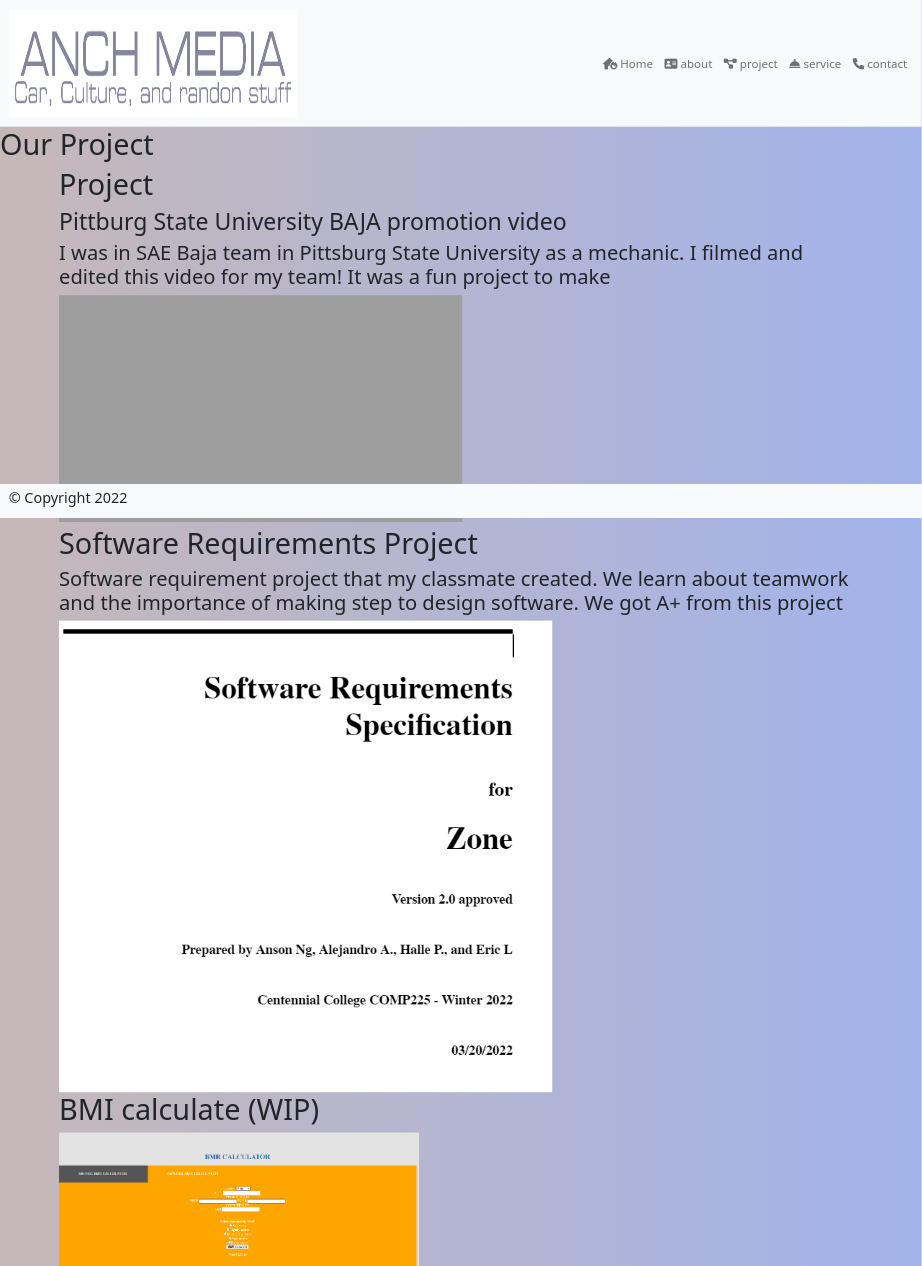
Repository: justhumanmaybe/assignment2
Page: http://localhost/project
The author's editor kept a copy of each file at every save. The page is drawn from the files as they stood at one save, then again after the next save.
The browser window is 1280 px wide. The pictures show the whole page, at 72% of full size.
Pictures or frames that could not be fetched are drawn as grey boxes. The page is served by the project's Node server (server.js).

Above is the page before, as saved 2022-06-20 01:37:28.

After the next save:
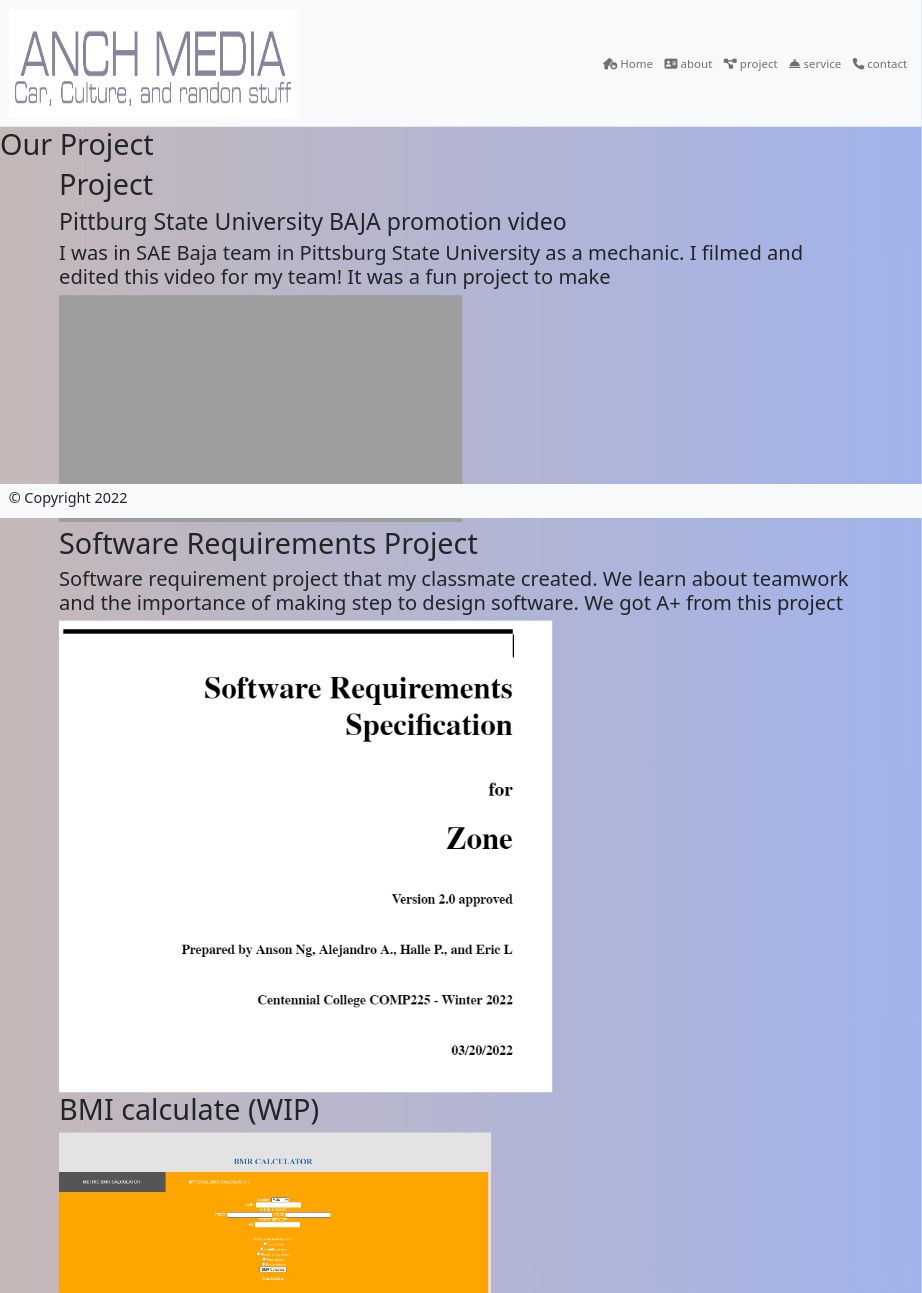
Saved 13 s later.
--- a/Server/Views/content/project.ejs
+++ b/Server/Views/content/project.ejs
@@ -7,6 +7,5 @@
     <h3>Software requirement project that my classmate created. We learn about teamwork and the importance of making step to design software. We got A+ from this project</h3>
     <img src="./Assets/images/SFRproject.png">
     <h1>BMI calculate (WIP)</h1>
-    <img src="./Assets/images/BMIProject.png" width="500
-    ">
+    <img src="./Assets/images/BMIProject.png" width="600">
 </div>
